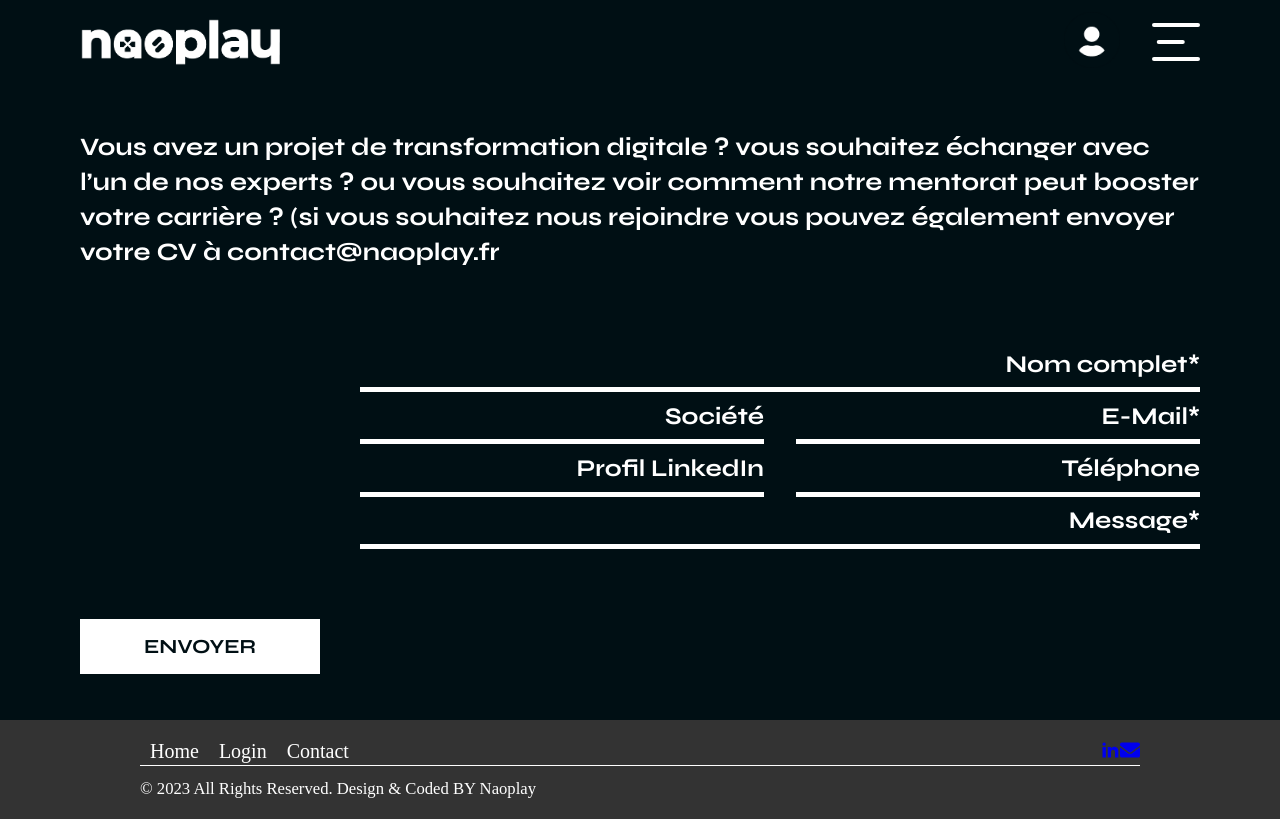
Repository: Hindsedrati/Naoplay
Page: /contact
An editor plug-in stored every save of this project. The page is shown before and after the next save, followed by the edit.
The browser window is 1280 px wide. The pictures show the whole page.
The project was rebuilt for these pictures with package versions that can differ from the ones it lists, and the page was loaded fresh each time. Also part of the build but not shown: src/Pages/Login/index.jsx, src/Components/Const/index.jsx, src/Components/Partners/index.jsx, src/Components/Naoplay/index.jsx, src/Components/Api/index.jsx, src/Components/Digitalisation/index.jsx, src/Components/Gateway/index.jsx, src/Components/ApiManagement/index.jsx and 6 more.

Above is the page before, as saved 2023-05-09 12:04:30.

### public/index.html
<!DOCTYPE html>
<html lang="en">
  <head>
    <meta charset="utf-8" />
    <link href="https://fonts.googleapis.com/css2?family=Syne:wght@600;700&display=swap" rel="stylesheet">
    <link rel="apple-touch-icon" sizes="180x180" href="./favicons/apple-touch-icon.png">
    <link rel="icon" type="image/png" sizes="32x32" href="./favicons/favicon-32x32.png">
    <link rel="icon" type="image/png" sizes="16x16" href="./favicons/favicon-16x16.png">
    <link rel="manifest" href="./favicons/site.webmanifest">
    <link rel="mask-icon" href="./favicons/safari-pinned-tab.svg" color="#5bbad5">
    <meta name="viewport" content="width=device-width, initial-scale=1" />
    <meta name="theme-color" content="#000000" />
    <meta
      name="description"
      content="Web site created using create-react-app"
    />
    <link rel="apple-touch-icon" href="%PUBLIC_URL%/logo192.png" />
    <!--
      manifest.json provides metadata used when your web app is installed on a
      user's mobile device or desktop. See https://developers.google.com/web/fundamentals/web-app-manifest/
    -->
    <link rel="manifest" href="%PUBLIC_URL%/manifest.json" />
    <!--
      Notice the use of %PUBLIC_URL% in the tags above.
      It will be replaced with the URL of the `public` folder during the build.
      Only files inside the `public` folder can be referenced from the HTML.

      Unlike "/favicon.ico" or "favicon.ico", "%PUBLIC_URL%/favicon.ico" will
      work correctly both with client-side routing and a non-root public URL.
      Learn how to configure a non-root public URL by running `npm run build`.
    -->
    <title>NAOPLAY</title>
  </head>
  <body>
    <noscript>You need to enable JavaScript to run this app.</noscript>
    <div id="root"></div>
    <!--
      This HTML file is a template.
      If you open it directly in the browser, you will see an empty page.

      You can add webfonts, meta tags, or analytics to this file.
      The build step will place the bundled scripts into the <body> tag.

      To begin the development, run `npm start` or `yarn start`.
      To create a production bundle, use `npm run build` or `yarn build`.
    -->
  </body>
</html>

### src/style.scss
* {
    margin: 0;
    padding: 0;
    box-sizing: border-box;
}

.app-container {
    width: 100%;
    max-width: 100%;
    margin-left: auto;
    margin-right: auto;
}

.main-container {
    width: 100%;
    overflow-x: hidden;
}

@media screen and (min-width: 769px) and (max-width: 1900px) {
    .main-container {
        padding: 70px 80px 20px 80px;
    }
}
@media screen and (min-width: 1901px) {
    .main-container {
        padding: 150px 80px 20px 80px;
    }
}
@media screen and (max-width: 768px) {
    .main-container {
        padding: 1rem;
    }
}

### src/Layouts/Footer/Index.jsx
import './footer.scss';
import { RiLinkedinFill } from "react-icons/ri";
import { FaEnvelope } from "react-icons/fa";


function Footer() {
    return (

    <footer >

    <div class="footer-content">
        <div class="footer-section links">
            <a href="/">Home</a>
            <a href="/">Login</a>
            <a href="/">Contact</a>
        </div>

    <div className="footer__icons">

        <a className="footer__icons" href="https://www.linkedin.com/company/naoplay/" target="_blank" rel="noreferrer">
        <RiLinkedinFill />
        </a>
        <a className="footer__icons" href="mailto:contact@naoplay.fr/" target="_blank" rel="noreferrer">
        <FaEnvelope />
        </a>
    </div>
    </div>

    <div class="footer-bottom">
    <small>&copy; 2023 All Rights Reserved. </small>
    <small>Design & Coded BY Naoplay </small>

    </div>

    </footer>

    )
}

export default Footer

### src/Pages/Contact/Contact.scss
@import '../../Sass/variables.scss';

@font-face {
  font-family: 'MonumentExtended';
  src: url('../../Sass/fonts/MonumentExtended-Regular.otf') format('truetype');
  font-weight: normal;
  font-style: normal;
}

.contact {
  background: $dark;
  color: $light;


  & p {
    font-family: $syne;
    font-weight: bold;
    line-height: 35px;
    font-size: 25px;
  }

  &__btn {
    margin: 0;
    margin-top: 30px;
    padding: 0;
    display: flex;
    align-items: center;
    text-align: center;
    justify-content: center;
    text-decoration: none;
    font-family: $syne;
    font-size: 20px;
    font-weight: bold;
    text-align: center;
    background-color: $light;
    color: $dark;
    width: 240px;
    height: 55px;

    align-self: flex-start;
    cursor: pointer;
    transition: background-color 0.3s ease;

    &:hover {
      background-color: $primary;
      color: $light;
    }
  }

  input {
    box-sizing: border-box;
    width: 100%;
    margin: 0;
    padding: .6rem 0;
    font-size: 24px;
    outline: none;
    border: none;
    background-color: transparent;
    border-bottom: 5px solid $light;
    color: $light;

    &::placeholder {
      font-family: $syne;
      font-size: 24px;
      color: $light;
      line-height: 2;
      text-align: end;
      border: none;
    }

    &
    :focus {
      outline: none;
      border: none;
    }
  }
}

@media screen and (max-width: 768px) {
  .contact {

    padding: 2rem;
    text-align: center;
    p{
      line-height: 36px;
      margin-top: 5rem;
    }
    &__content {
      font-size: 20px;
      font-weight: 500;
      line-height: 2;
      display: flex;
      flex-flow: row nowrap;
      gap: 2rem;
      font-family: $Dm;
      overflow: scroll;

      &__child {
        box-sizing: border-box;
        min-width: 100%;
      }

      .contact__mobile__box {
        margin-top: 6rem;
        text-align: center;

        input {
          width: 100%;
          padding: 0.5rem;
          margin-bottom: 1rem;
        }

        label {
          width: 100%;
          margin-bottom: 1rem;
          border-bottom: 5px solid $light;
        }
      }
    }

    &__content::-webkit-scrollbar {
      width: 0;
    }
  }

  .contact__desktop__form {
    display: none;
  }
}

@media screen and (min-width: 769px) and (max-width: 1900px) {
  .contact {
    height: calc(100vh - 80px);
    padding: 50px 80px;
    box-sizing: border-box;
    margin-top: 5rem;
    &__mobile {
      display: none;
    }
  }
  .contact__desktop {
    display: flex;
    margin: 70px 0;
    flex-direction: column;
    align-items: flex-end;
  }
  .contact_desktop_box {
    width: 75%;

    .name__message {
      display: block;
    }

    .row {
      display: grid;
      grid-template-columns: 1fr 1fr;
      grid-column-gap: 2rem;
    }

    p {
      font-family: $syne;
      font-size: 30px;
      line-height: 40px;
    }
  }
}


@media screen and (min-width: 1901px) {
  .contact {
    height: 70vh;
    display: flex;
    justify-content: center;
    padding: 7rem 7rem;
    box-sizing: border-box;
    margin-top: 5rem;
    &__mobile {
      display: none;
    }
  }
  .contact__desktop {
    display: flex;
    margin: 70px 0;
    flex-direction: column;
    align-items: flex-end;
  }
  .contact_desktop_box {
    width: 75%;

    .name__message {
      display: block;
    }

    .row {
      display: grid;
      grid-template-columns: 1fr 1fr;
      grid-column-gap: 2rem;
    }

    p {
      font-family: $syne;
      font-size: 30px;
      line-height: 40px;
    }
  }
}

### src/Pages/Home/Home.scss
body{
    box-sizing: border-box;
    overflow-x: hidden;
}

### src/Layouts/Footer/footer.scss
@import '../../Sass/variables.scss';


footer {
    background-color: #333;
    color: #fff;
    padding: 20px 0;
  }

  .footer-content {
    font-size: 20px;
    display: flex;
    justify-content: space-between;
    max-width: 1000px;
    margin: 0 auto;
  }

  .footer-section {
    display: flex;
  }

  .links a,
  .social a {
    color: #fff;
    text-decoration: none;
    padding: 0 10px;
  }

  .links a:hover,
  .social a:hover {
    text-decoration: underline;
  }

  .social i {
    font-size: 24px;
    margin-left: 10px;
  }

  .footer-bottom {
    max-width: 1000px;
    margin: 0 auto;
    font-size: 20px;
    //text-align: center;
    border-top: 1px solid #fff;
    padding-top: 10px;
  }
  .footer__mentions-wrapper {
    display: flex;
    flex-direction: column;
    align-items: center;
  }

### src/Sass/variables.scss
@import url('https://fonts.googleapis.com/css2?family=Syne:wght@200;400;500;600;700&display=swap');
@import url('https://fonts.googleapis.com/css2?family=DM+Sans:wght@200;400;500;600;700&display=swap');

@font-face {
    font-family: 'MonumentExtended';
    src: url('fonts/MonumentExtended-Regular.otf') format('truetype');
    font-weight: normal;
    font-style: normal;
}

$Dm: 'DM Sans', sans-serif;
$syne: 'Syne', sans-serif;

//colors
$dark: #000F14;
$light: white;
$primary: #00A8EB;
$bg: #fdfdfd;

### src/Components/Const/const.scss
@import '../../Sass/variables.scss';

.home {

  color: $light;
  background-image: url('../../assets/vision_naoplay.webp');
  background-size: cover;
  background-position: center;

  h1 {
    font-weight: bold;
    font-family: 'MonumentExtended', sans-serif;
  }

  h2 {
    font-family: $syne;
  }

  &__btn {
    text-decoration: none;
    color: $dark;
    display: inline-block;
    padding: 0.75rem 1.5rem;
    background-color: $light;
    font-family: $syne;
    font-size: 1rem;
    font-weight: 700;
    transition: background-color 0.3s ease;

    &:hover {
      background-color: $dark;
      color: $light;
    }
  }
}

@media screen and (min-width: 769px) and (max-width: 1900px) {
  .home {
    margin-top: 2rem;

    h1 {
      font-size: 70px;
      font-weight: 500;
    }

    h2 {
      margin-top: 80px;
      font-size: 32px;
      font-weight: 700;
      line-height: 40px;
    }

    &__btn {
      margin-top:150px;
    }
  }
}

/* Code ajouté pour centrer en version mobile */
@media screen and (max-width: 768px) {
  .home {
    //height: calc(100vh - 80px);
    //padding: 1rem;
    margin-top: 5rem;
    display: flex;
    justify-content: center;
    align-items: center;
    flex-direction: column;

    h1 {
      font-size: 30px;
      line-height: 45px;
      font-weight: 200;
    }

    h2 {
      margin-top: 50px;
      font-size: 20px;
      font-weight: 500;
      font-family: $Dm;
      line-height: 1.6;
    }

    &__btn {
      margin-top: 30px;
    }
  }
}

@media screen and (min-width: 1901px) {
  .home {
    height: 100vh;
    h1 {
      line-height: 5rem;
      font-size: 70px;
      font-weight: 500;
    }

    h2 {
      margin-top: 80px;
      font-size: 32px;
      font-weight: 700;
      line-height: 40px;
    }

    &__btn {
      margin-top: 80px;
    }
  }

}

### src/Components/Partners/partners.scss
@import '../../Sass/variables.scss';

.partners {
  min-height: 210px;
  background: $dark;
  color: $light;

  &__content {
    display: flex;
    align-items: center;
  }

  &__content h3 {
    font-family: 'MonumentExtended', sans-serif;
    color: $light;
  }
}

@media screen and (min-width: 769px) and (max-width: 1900px) {

  .partners {
    padding-left: 80px;
    display: grid;
    grid-template-columns: 1fr 3fr;

    &__content h3 {
      padding-right: 15px;
      font-size: 20px;
      font-weight: 500;
      line-height: 32px;
    }

    &__image {
      position: relative;
      width: auto;
      height: 70px;
      margin-top: 70px;
      overflow: hidden;
    }

    &__icons {
      position: absolute;
      display: flex;
      width: 150%;
      height: 70px;
      top: 0;
      left: 30px;
      color: #fff;

      animation-name: IconeMove;
      animation-duration: 7s;
      animation-iteration-count: infinite;
      animation-direction: alternate;
      animation-timing-function: ease-in-out;

      @keyframes IconeMove {
        from {
          transform: translateX(-25%);
        }

        to {
          transform: translateX(0);
        }
      }
    }

    &__icons img {
      height: 100%;
      width: auto;
      margin-right: 70px;

    }
  }
}

@media screen and (min-width: 1901px) {

  .partners {
    padding-left: 80px;
    display: grid;
    grid-template-columns: 1fr 3fr;

    &__content h3 {
      padding-right: 15px;
      font-size: 25px;
      font-weight: 500;
      line-height: 32px;
    }

    &__image {
      position: relative;
      width: auto;
      height: 70px;
      margin-top: 70px;
      overflow: hidden;
    }

    &__icons {
      position: absolute;
      display: flex;
      width: 150%;
      height: 70px;
      top: 0;
      left: 30px;
      color: #fff;

      animation-name: IconeMove;
      animation-duration: 9s;
      animation-iteration-count: infinite;
      animation-direction: alternate;
      animation-timing-function: ease-in-out;

      @keyframes IconeMove {
        from {
          transform: translateX(-25%);
        }

        to {
          transform: translateX(0);
        }
      }
    }

    &__icons img {
      height: 100%;
      width: auto;
      margin-right: 70px;

    }
  }
}

@media screen and (max-width: 768px) {

  .partners {
    padding: 1rem;

    &__content h3 {
      font-size: 20px;
      font-weight: 500;
      line-height: 32px;
    }

    &__image {
      position: relative;
      width: auto;
      height: 70px;
      margin-top: 50px;
      overflow: hidden;
    }

    &__icons {
      position: absolute;
      display: flex;
      width: 150%;
      height: 60px;
      top: 0;
      left: 30px;
      color: #fff;

      animation-name: IconeMove;
      animation-duration: 5s;
      animation-iteration-count: infinite;
      animation-direction: alternate;
      animation-timing-function: ease-in-out;

      @keyframes IconeMove {
        from {
          transform: translateX(-200%);
        }

        to {
          transform: translateX(0);
        }
      }
    }

    &__icons img {
      height: 100%;
      width: auto;
      margin-right: 70px;

    }
  }
}

### src/Components/Digitalisation/digital.scss
@import '../../Sass/variables.scss';

.digital {
  background-image: url('../../assets/eye-naoplay.webp');
  background-size: cover;
  background-position: center;
  width: 100%;
  height: 50vh;
  object-fit: none;
  color: $light;
  display: flex;
  align-items: center;
  justify-content: center;

  &__content {
    width: 100%;
    max-width: 960px;
    margin: 0 auto;
    padding: 0 1rem;
    text-align: center;
  }

  &__title {
    font-family: 'MonumentExtended', sans-serif;

    margin: 0;
    font-size: 2rem;
    line-height: 1;

  }

  @media screen and (max-width: 768px) {
    .digital{
      display: none;
    }
  }
}
@media screen and (min-width: 769px) and (max-width: 1900px) {
  .digital{
    display: none;
  }
}
@media screen and (min-width: 1900px){
  .digital{
    display: none;
  }
}

### src/Components/Gateway/gateway.scss
@import '../../Sass/variables.scss';

.Gateway{
    height: 100vh;
    padding: 100px;
    color: $dark;

    &__title {
        font-family: 'MonumentExtended', sans-serif;
    }

    &__content::-webkit-scrollbar {
        width: 0;
    }

}


@media screen and (min-width: 769px) and (max-width: 1900px) {
    .Gateway{
        display: grid;
        grid-template-columns: 1fr 2fr;
        align-items: center;

        &__content__child p{
            line-height: 4rem;
            font-family: $syne;
            font-size: 24px;
            font-weight: bold;
        }
    }

    .partone{
        display: block;
        height: calc(100vh - 200px);
        padding: 8rem 4rem 4rem;
        text-align: right;
        background: $dark;
        color: $light;
    }

    .partone:hover{
        background-color: $primary;
        scroll-behavior: smooth;
    }

    .parttwo{
        position: relative;
        height: calc(100vh - 200px);

        .Gateway__title {
            position: absolute;
            top: 0;
            bottom: 0;
            display: flex;
            align-items: center;
            margin-left: 6rem;
            font-size: 56px;
            vertical-align: middle;
        }

        .G1, .G2, .G3, .G4, .G5 {
            display: inline-block;
            margin-top: 5vh;
            margin-bottom: 5vh;
            border-bottom: 1rem solid $primary;
            border-right: 2rem solid transparent;
            line-height: 36px;
        }

        .G1{
            margin-left: 15%;
        }

        .G2{
            margin-left: 50%;
        }

        .G3{
            margin-left: 80%;
        }

        .G4{
            margin-left: 50%;
        }

        .G5{
            margin-left: 15%;
        }
    }
}

@media screen and (min-width: 1901px) {
    .Gateway{
        display: grid;
        grid-template-columns: 1fr 2fr;
        align-items: center;

        &__content__child p{
            line-height: 9rem;
            font-family: $syne;
            font-size: 30px;
            font-weight: bold;
        }
        .items{
            margin-top: 3rem;
        }
    }

    .partone{
        display: block;
        height: calc(100vh - 200px);
        padding: 4rem 4rem 4rem;
        text-align: right;
        background: $dark;
        color: $light;
    }

    .partone:hover{
        background-color: $primary;
        scroll-behavior: smooth;
    }

    .parttwo{
        position: relative;
        height: calc(100vh - 200px);

        .Gateway__title {
            position: absolute;
            top: 0;
            bottom: 0;
            display: flex;
            align-items: center;
            margin-left: 6rem;
            font-size: 56px;
            vertical-align: middle;
        }

        .G1, .G2, .G3, .G4, .G5 {
            display: inline-block;
            margin-top: 5vh;
            margin-bottom: 5vh;
            border-bottom: 1rem solid $primary;
            border-right: 2rem solid transparent;
            line-height: 36px;
        }

        .G1{
            margin-left: 15%;
        }

        .G2{
            margin-left: 50%;
        }

        .G3{
            margin-left: 80%;
        }

        .G4{
            margin-left: 50%;
        }

        .G5{
            margin-left: 15%;
        }
    }
}

@media screen and (max-width: 768px) {
    .Gateway{
        display: none;
    }
}

### src/Components/Management/management.scss
@import '../../Sass/variables.scss';

.management {
    background: $primary;
    color: $light;

    &__title {
        font-family: 'MonumentExtended', sans-serif;
    }

    &__content::-webkit-scrollbar {
        width: 0;
    }
}

@media screen and (min-width: 769px) and (max-width: 1900px) {
    .management {
        min-height: 100vh;

        &__title {
            display: none;
        }

        &__content {
            width: 100%;
            min-height: 250px;
            padding: 30px 100px;
            display: flex;
            flex-flow: row nowrap;
            gap: 100px;
            font-family: $syne;
            font-size: 20px;
            font-weight: 400;
            line-height: 30px;
            position: relative;

            .arrow_1 {
                display: none;
            }

            .arrow_2 {
                display: none;
            }

            & p {
                margin-top: .8rem;
                font-family: $Dm;
            }
        }
    }
}

@media screen and (min-width: 1901px) {
    .management {
        min-height: 100vh;

        &__title {
            display: none;
        }

        &__content {
            width: 100%;
            min-height: 250px;
            padding: 30px 100px;
            display: flex;
            flex-flow: row nowrap;
            gap: 100px;
            font-family: $syne;
            font-size: 20px;
            font-weight: 400;
            line-height: 30px;
            position: relative;

            .arrow_1 {
                display: none;
            }

            .arrow_2 {
                display: none;
            }

            & p {
                font-size: 25px;
                margin-top: .8rem;
                font-family: $Dm;
            }
        }
    }
}

@media screen and (max-width: 768px) {
    .management {
        padding: 2.5rem 1rem;

        &__content {
            display: flex;
            flex-flow: row nowrap;
            gap: 2rem;
            font-family: $syne;
            font-size: 25px;
            font-weight: 500;
            line-height: 30px;
            overflow: scroll;
            position: relative;

            &__child {
                min-width: 100%;
            }

            .arrow_1 {
                position: absolute;
                bottom: 2px;
                right: 10px;
                font-size: 30px;
                color: $primary;
                background: $light;
                display: flex;
                align-items: center;
                justify-content: center;
                border-radius: 50%;
                width: 40px;
                height: 40px;
            }

            .arrow_2 {
                position: absolute;
                bottom: 2px;
                right: -23rem;
                font-size: 2rem;
                background: $light;
                color: $primary;
                display: flex;
                align-items: center;
                justify-content: center;
                border-radius: 50%;
                width: 40px;
                height: 40px;
            }
        }

        &__title {
            margin-top: 30px;
            font-size: 30px;
            line-height: 30px;
            font-weight: 100;
        }

        &__content {
            font-size: 25px;
            font-weight: 700;
            line-height: 30px;
        }

        & p {
            margin-top: 30px;
            padding: 0rem 1rem;
        }
    }



}

Loaded but not shown: src/reportWebVitals.js (common file); src/index.js (34 lines, source omitted); src/Layouts/Header/header.scss (458 lines, source omitted); src/Components/ApiManagement/api_m.scss (329 lines, source omitted); src/Components/Api/api.scss (344 lines, source omitted); src/Components/Naoplay/naoplay.scss (359 lines, source omitted); src/Layouts/Header/Index.jsx (115 lines, source omitted); src/Pages/Error403/Error403.scss (201 lines, source omitted); src/Components/Mentorat/mentorat.scss (204 lines, source omitted); src/Components/Proxisation/proxi.scss (219 lines, source omitted); src/Pages/Error404/Error.scss (200 lines, source omitted); src/Pages/Contact/index.jsx (105 lines, source omitted); src/Pages/Login/login.scss (182 lines, source omitted)

After the next save:
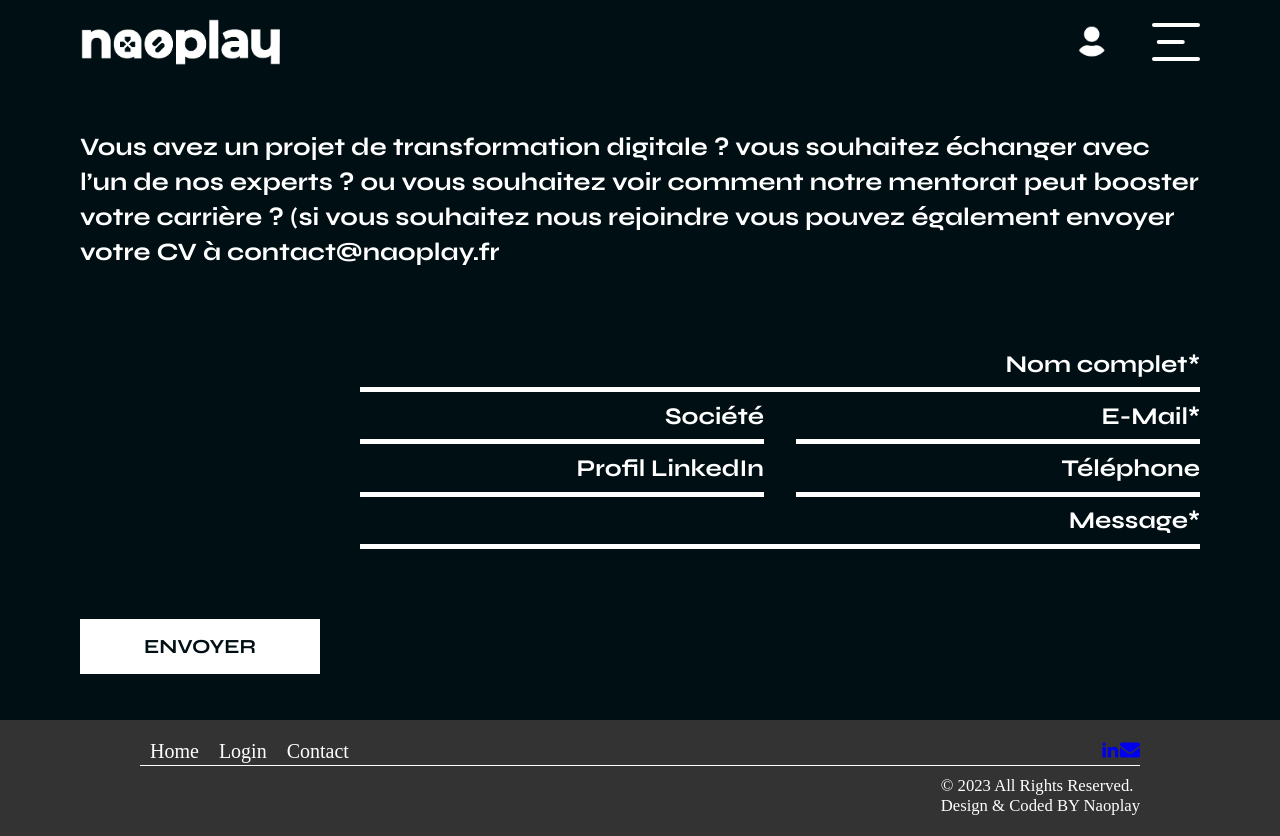
Saved 6 min 1 s later.
--- a/src/Layouts/Footer/footer.scss
+++ b/src/Layouts/Footer/footer.scss
@@ -37,10 +37,11 @@
   }
 
   .footer-bottom {
+    display: grid;
+    justify-content: flex-end;
     max-width: 1000px;
     margin: 0 auto;
     font-size: 20px;
-    //text-align: center;
     border-top: 1px solid #fff;
     padding-top: 10px;
   }
